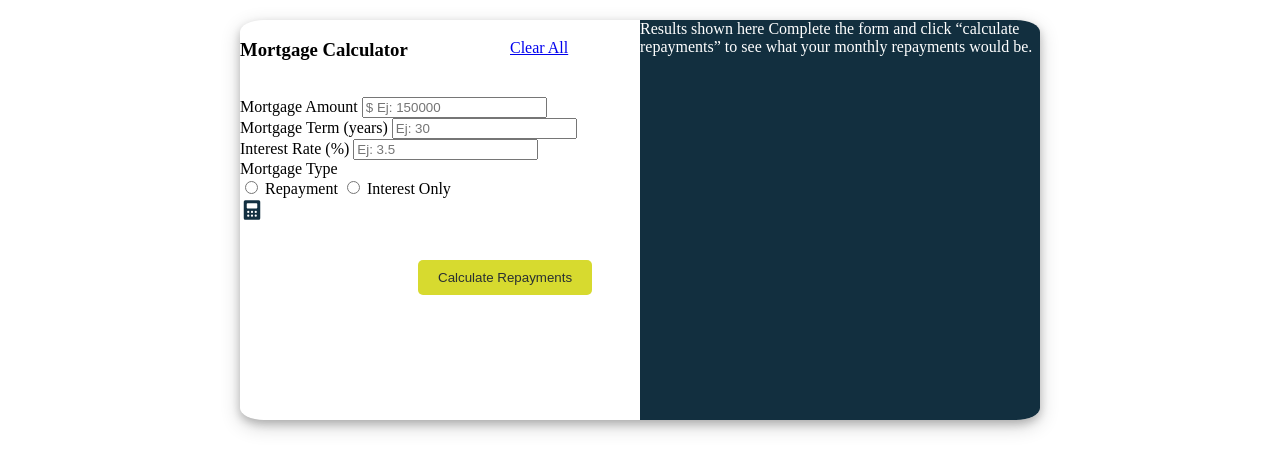
Repository: GravielPV/Mortgage-repayment-calculator
Page: index.html
These files come from the project's save history. The page is drawn as it stood at one moment and after a run of saves; the edit follows.
The browser window is 1280 px wide. The pictures show the whole page.

Above is the page before, as saved 2025-12-11 17:12:29.

After the next 4 saves:
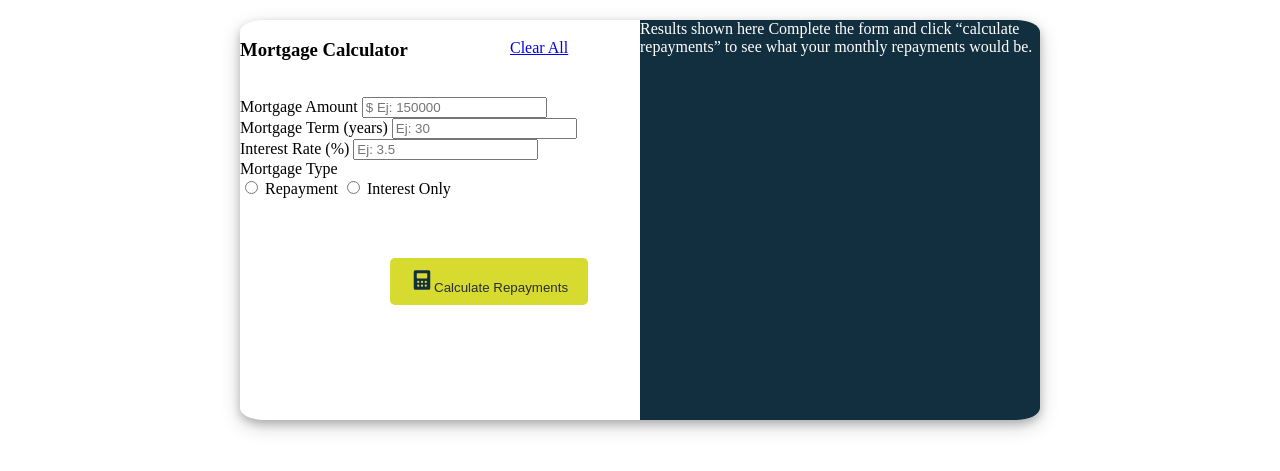
The 4 saves are shown as one change because they came seconds apart.
The last was saved 12 s later.
--- a/index.html
+++ b/index.html
@@ -75,8 +75,8 @@
 
       <!-- Botón -->
       <div class="boton">
-        <img src="assets/images/icon-calculator.svg" alt="calculadora icon">
-        <button type="submit">Calculate Repayments</button>
+
+        <button type="submit" > <img src="assets/images/icon-calculator.svg" alt="calculadora icon">Calculate Repayments</button>
       </div>
 
     </form>
